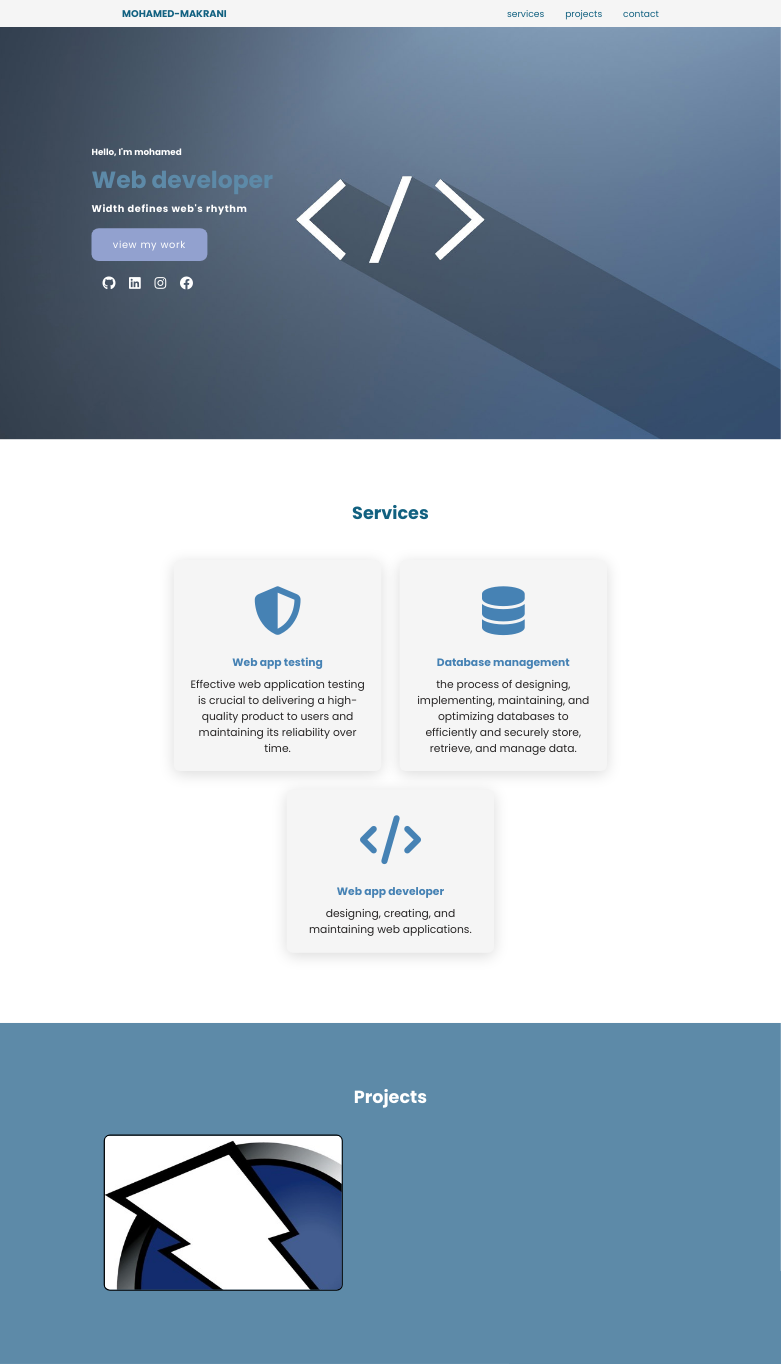
Repository: mohamed-makrani/Portfolio
Page: indixe.html
The author's editor kept a copy of each file at every save. The page is drawn from the files as they stood at one save, then again after the next save.
The browser window is 1280 px wide. The pictures show the whole page, at 61% of full size.
Backgrounds fixed to the window are drawn as part of the page.

Above is the page before, as saved 2023-09-17 11:35:33.

After the next save:
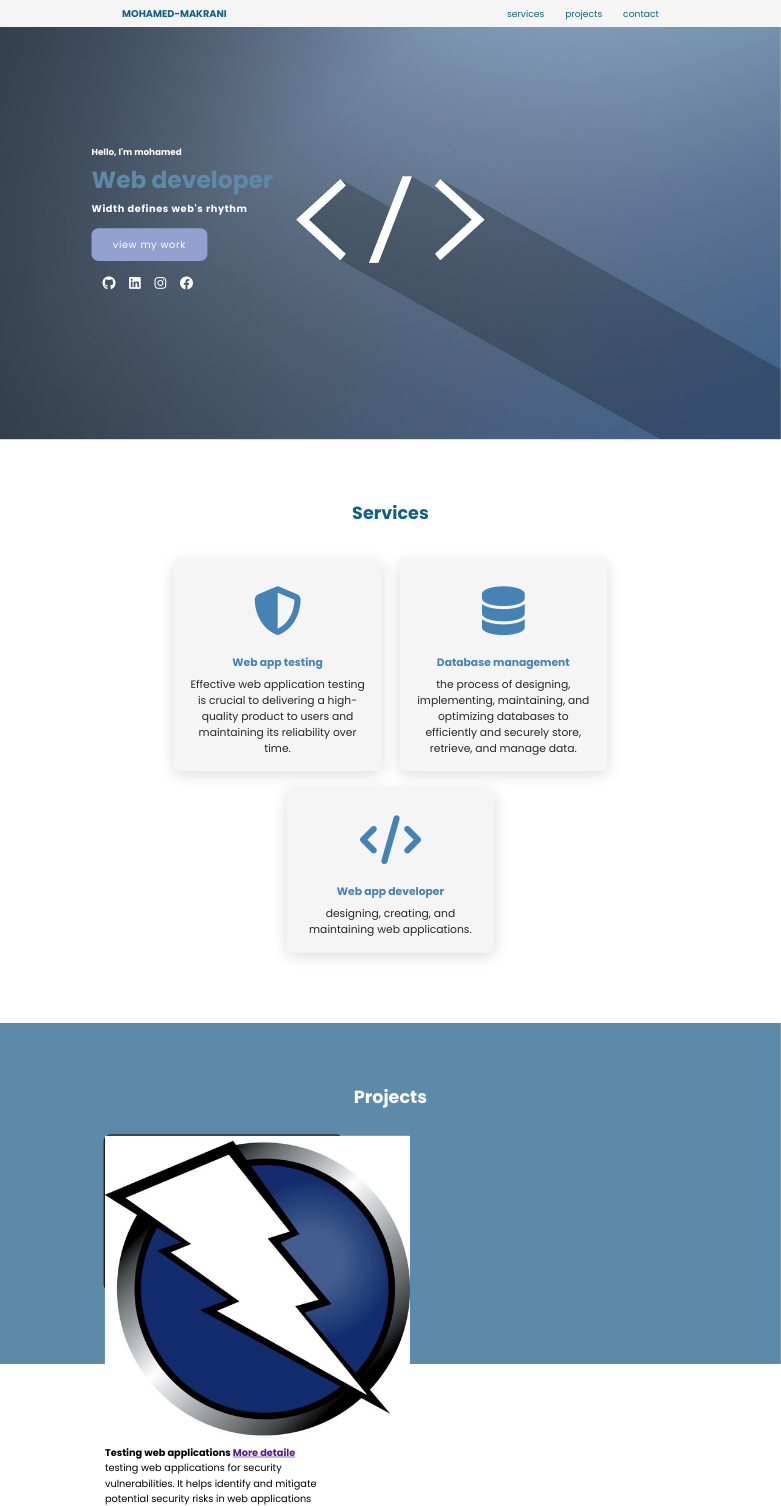
Saved 19 s later.
--- a/style.css
+++ b/style.css
@@ -185,7 +185,6 @@
    border: 2px solid black;
    height: 16em;
    width: 40%;
-   overflow: hidden;
    border-radius: 10px;
    margin: 20px;
    transition: 0.5s ease;

After the save that followed:
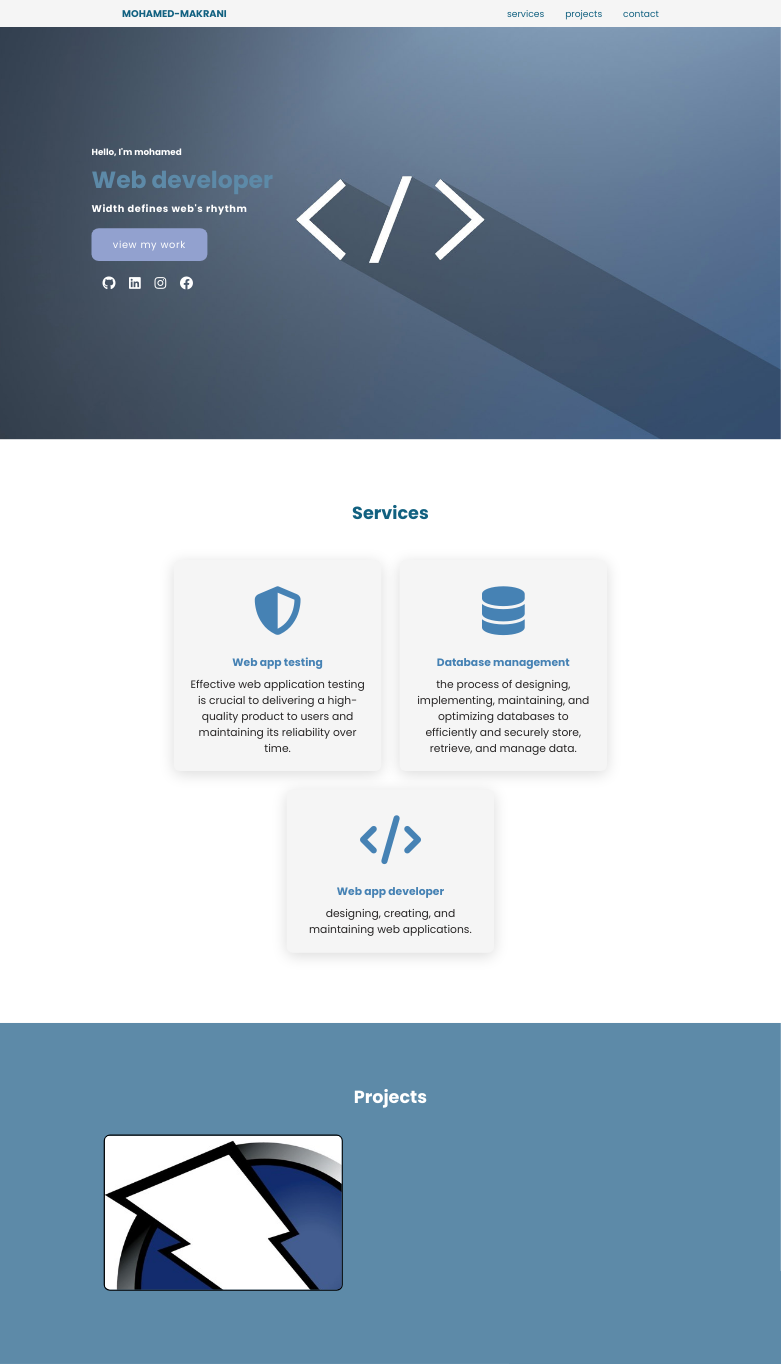
Saved 53 s later.
--- a/style.css
+++ b/style.css
@@ -185,6 +185,7 @@
    border: 2px solid black;
    height: 16em;
    width: 40%;
+   overflow: hidden;
    border-radius: 10px;
    margin: 20px;
    transition: 0.5s ease;
@@ -193,6 +194,6 @@
 .project-card:hover{
    transform: scale(1.1);
 }
-image img {
+/*image img {
    width: 100%;
-}
+}*/
